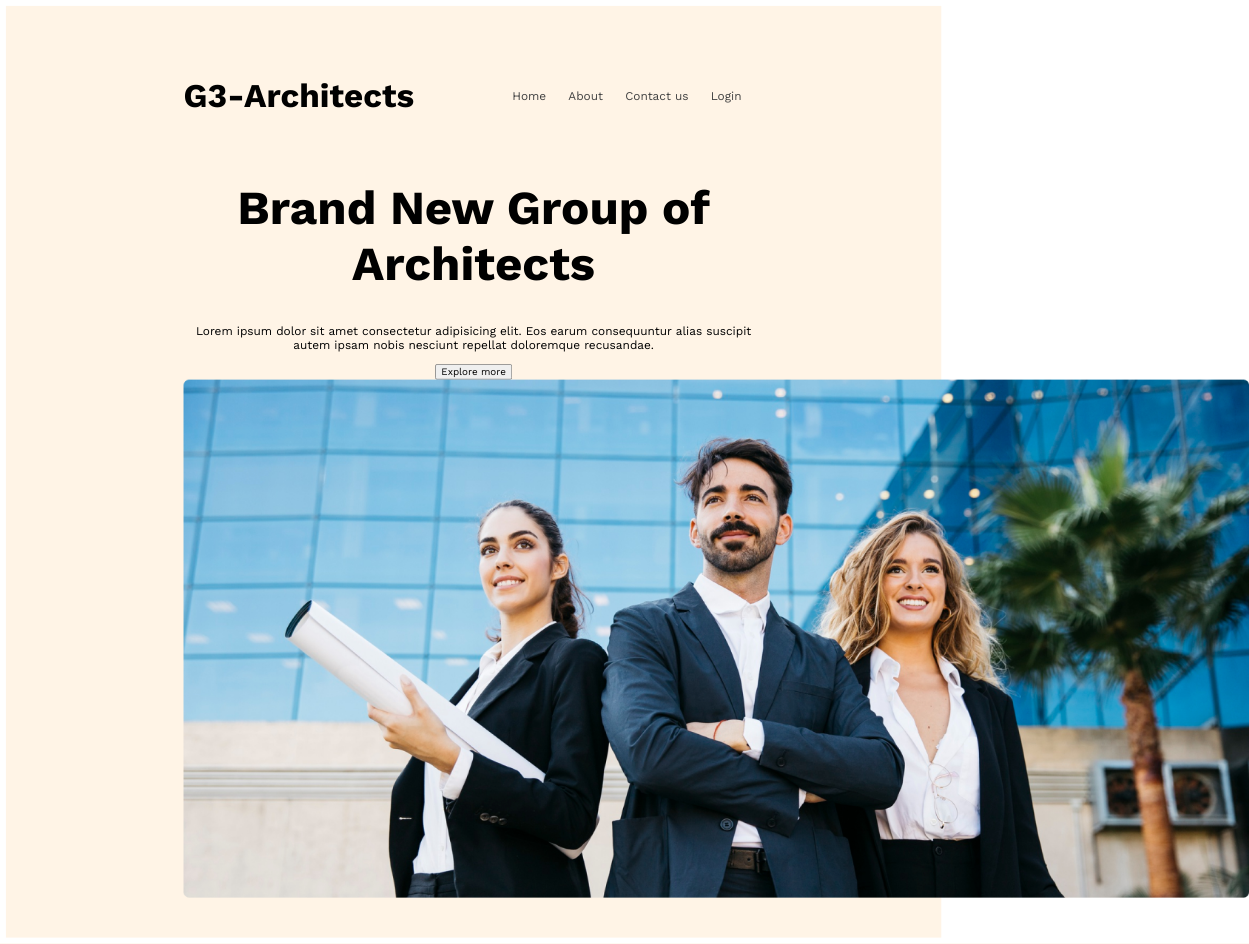
Repository: RudrasahaDibos/architects-resources
Page: index.html
The author's editor kept a copy of each file at every save. The page is drawn from the files as they stood at one save, then again after the next save.
The browser window is 1280 px wide. The page is 1688 px wide, so the pictures cover 1688 px, including what lies to the right of the window. The pictures show the whole page, at 74% of full size.

Above is the page before, as saved 2024-10-06 16:52:15.

After the next save:
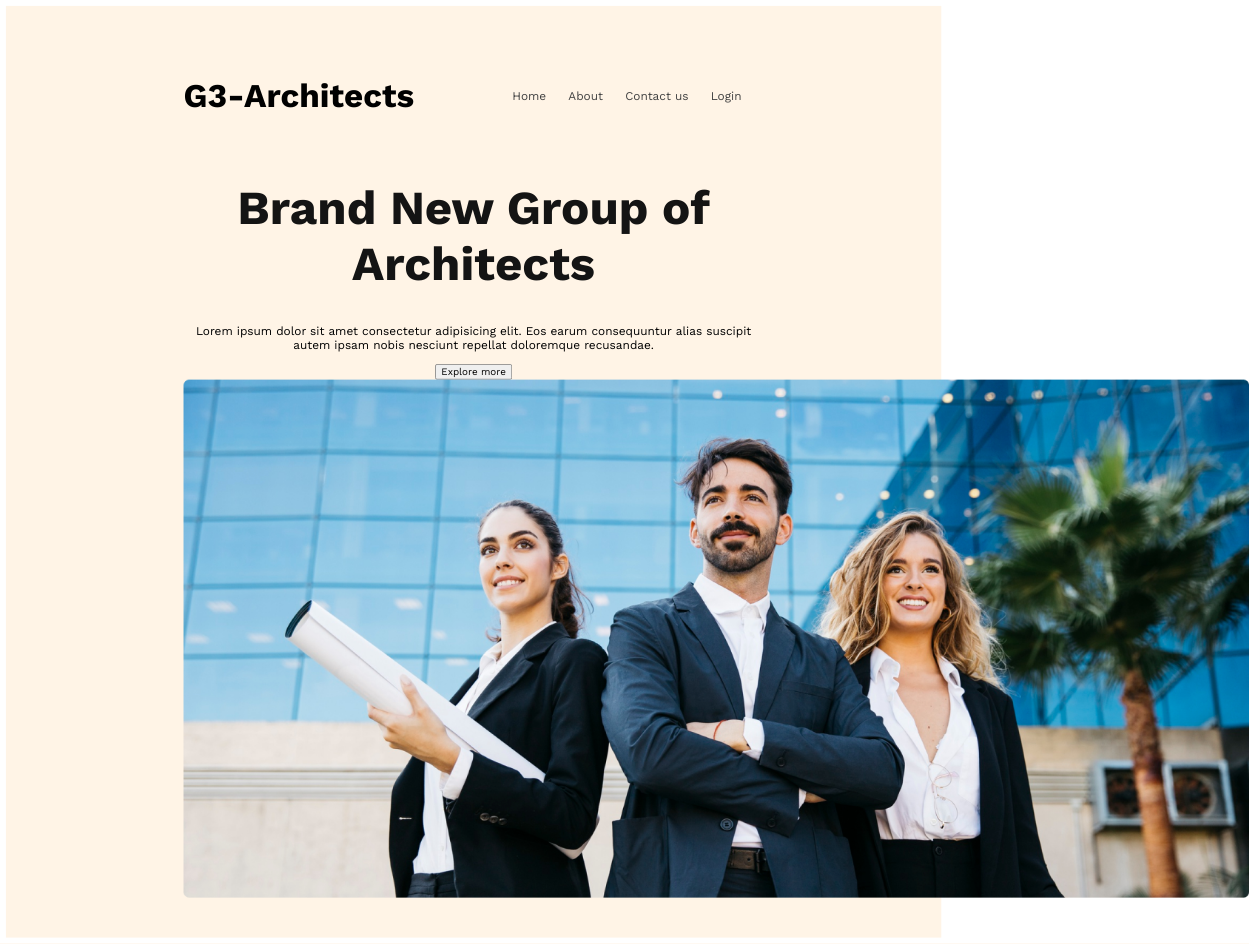
Saved 5 s later.
--- a/index.css
+++ b/index.css
@@ -45,5 +45,5 @@ nav li{
  .banner-title{
     font-size: 4rem;
     font-weight: 700;
-    color: ;
+    color: #141414;
  }
